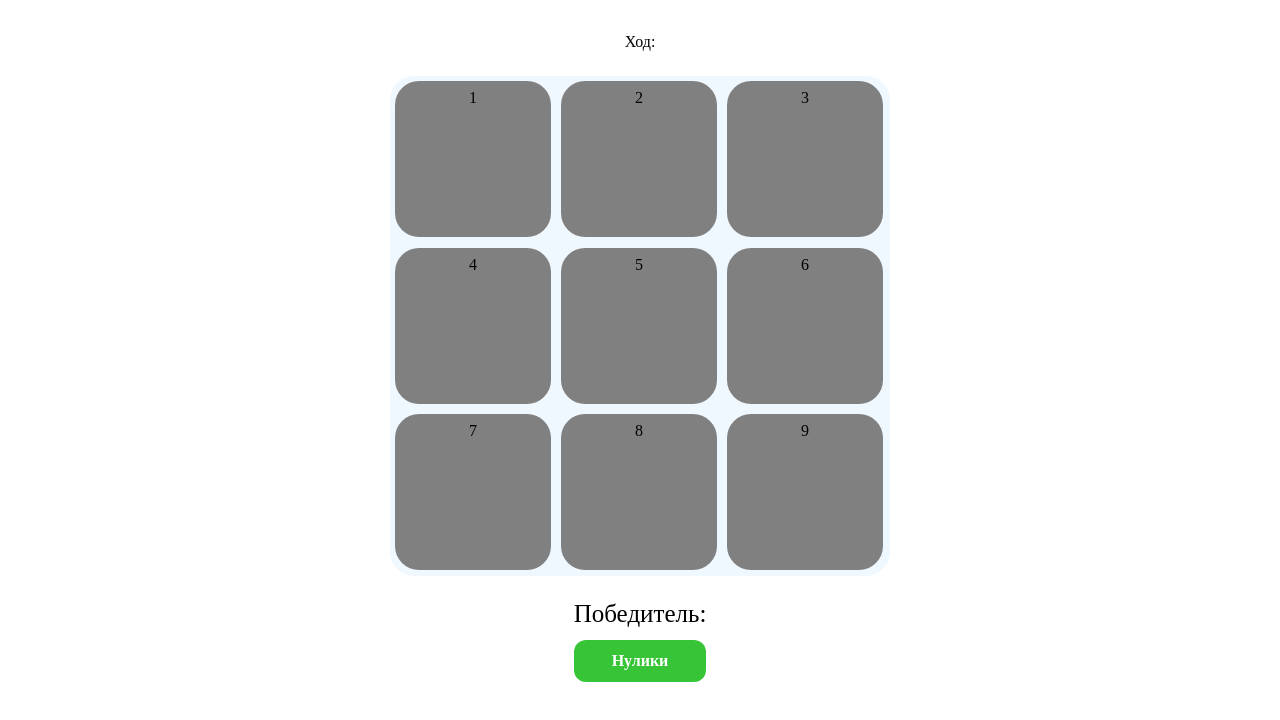
Repository: Pavel1776/krestik
Page: index.html
The author's editor kept a copy of each file at every save. The page is drawn from the files as they stood at one save, then again after the next save.
The browser window is 1280 px wide. The pictures show the whole page.

Above is the page before, as saved 2025-09-16 16:01:19.

### index.html
<!DOCTYPE html>
<html lang="en">

<head>
  <meta charset="UTF-8">
  <meta name="viewport" content="width=device-width, initial-scale=1.0">
  <link href="style.css" rel="stylesheet">
  <title>крестики-нолики</title>
</head>

<body>
  <main>
    <div class="blockWho">
      <div class="Text">Ход: <span id="spanWho"></span></div>
    </div>

    <div class="blockArea" id="blockArea">
      <div class="blockItem">1</div>
      <div class="blockItem">2</div>
      <div class="blockItem">3</div>

      <div class="blockItem">4</div>
      <div class="blockItem">5</div>
      <div class="blockItem">6</div>

      <div class="blockItem">7</div>
      <div class="blockItem">8</div>
      <div class="blockItem">9</div>
    </div>

    <div class="blokWinner" id="blokWinner">
      <div class="textWin">Победитель: <span id="spanWin"></span></div>
      <div class="btnNewGame" id="btnNewGame">Новая игра</div>
    </div>





  </main>
<script src="app.js"></script>
</body>

</html>

### style.css
main {
  display: flex;
  width: 100%;
  height: auto;
  flex-direction: column;
  align-items: center;
}
.blockWho {
  padding: 25px;
}
.spanWho {
  color: greenyellow;
  font-weight: 600;
  font-size: 24px;
}
.blockArea {
  display: flex;
  flex-wrap: wrap;
  width: 500px;
  height: 500px;
  margin-left: auto;
  margin-right: auto;
  border-radius: 24px;
  background: aliceblue;
  box-shadow: 3px 5px 1px 1px rgba();
}
.blockItem {
  position: relative;
  background: gray;
  display: flex;
  justify-content: center;
  width: 140px;
  height: 140px;
  padding: 8px;
  margin: 5px;
  border-radius: 24px;
}


.blockItem:hover {
  background: rgb(174, 174, 174);
}
.krest {
  color: rgb(135, 220, 250);
  font-size: 38px;
  display: flex;
  justify-content: center;
}
.circle {
  color: rgb(135, 250, 135);
  font-size: 38px;
  display: flex;
  justify-content: center;
}
.winColor {
  color: rgb(21, 168, 21);
  background: gold;
  font-size: 50px;
  font-weight: 900;
}

.blokWinner {
  margin-top: 24px;
  display: flex;
  flex-direction: column;
}
.textWin {
  font-size: 25px;
  margin-bottom: 12px;
}
#spanWin{
  font-size: 24px;
  color: gold;
}
.btnNewGame {
  padding: 12px;
  color: white;
  background: rgb(55, 196, 55);
  border-radius: 12px;
  font-weight: 600;
  cursor: pointer;
  text-align: center;
}
.btnNewGame:hover{
  background: rgb(98, 222, 98);
}

### app.js
let step = "";

let spanWho = document.getElementById('btnNewGame')
let winner = ''

const who =()=>{
  if (step == 'circle'){
    step = 'krest' ;
    spanWho.innerText = 'Крестики'
  } else {
    step = 'circle'
    spanWho.innerText = 'Нулики'
  }
}
who()

let blockItem = document.querySelectorAll('.blockItem')
let counter = 0;

blockItem.forEach((item)=>{
  item.addEventListener('click' ,()=>{
    if(!item.classList.contains('circle') && !item.classList.contains('krest')){
      item.classList.add(step)

    }


  })

})

After the next save:
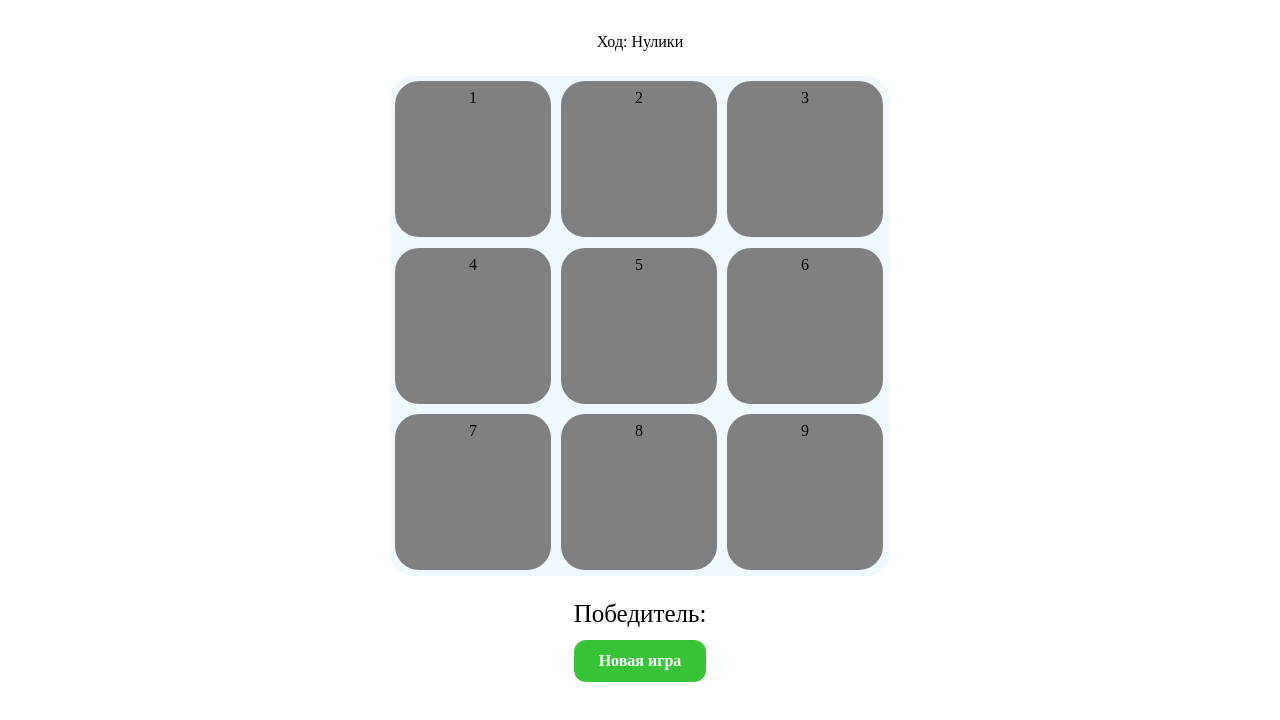
Saved 43 min 17 s later.
--- a/app.js
+++ b/app.js
@@ -1,6 +1,6 @@
 let step = "";
 
-let spanWho = document.getElementById('btnNewGame')
+let spanWho = document.getElementById('spanWho')
 let winner = ''
 
 const who =()=>{
